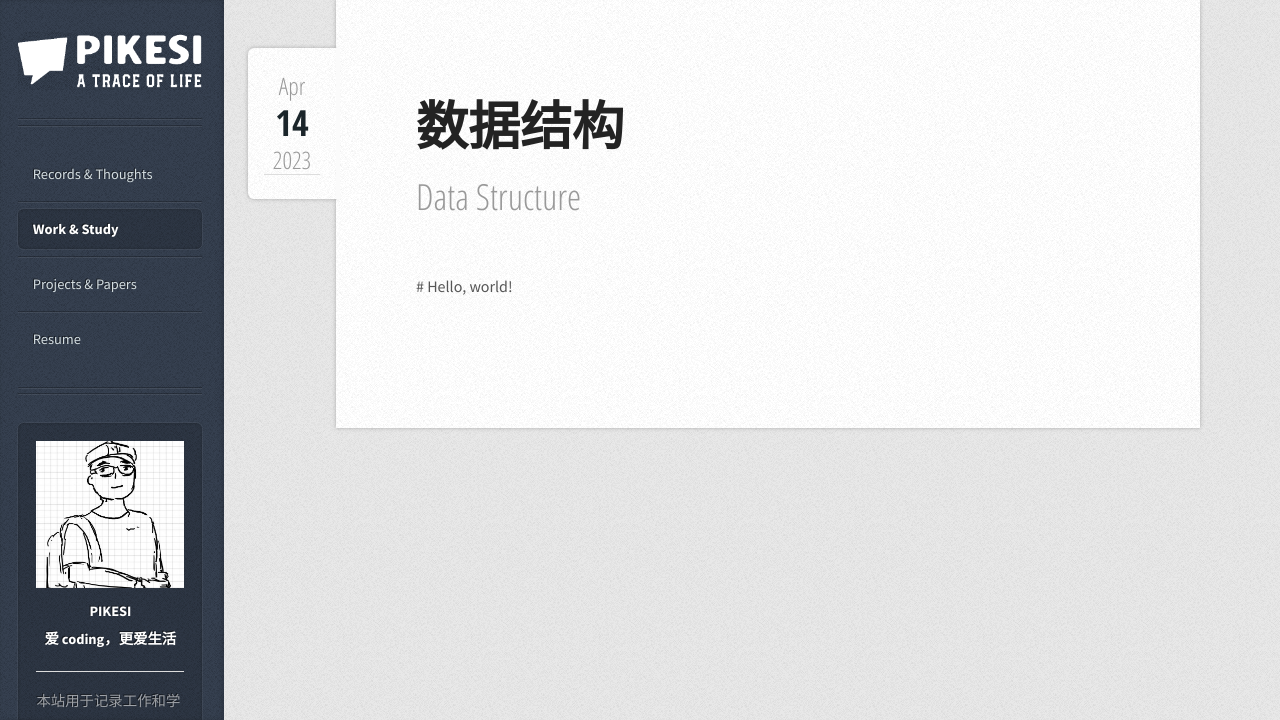
Repository: PiKesi522/PiKesi522.github.io
Page: Notes/DataStucture/main.html
These files come from the project's save history. The page is drawn as it stood at one moment and after the next save; the edit follows.
The browser window is 1280 px wide. The pictures show the whole page.

Above is the page before, as saved 2023-04-11 21:08:51.
Console error: ReferenceError: $ is not defined

### Notes/DataStucture/main.html
<!DOCTYPE HTML>
<!--
	Striped by HTML5 UP
	html5up.net | @ajlkn
	Free for personal and commercial use under the CCA 3.0 license (html5up.net/license)
-->
<html>

<head>
    <title>PiKesi's Home on the Internet</title>
    <meta charset="utf-8" />
    <meta name="viewport" content="width=device-width, initial-scale=1, user-scalable=no" />
    <link rel="stylesheet" href="../../assets/css/main.css" />
    <script src="https://cdn.jsdelivr.net/npm/marked/marked.min.js"></script>
</head>

<body class="is-preload">

    <!-- Content -->
    <div id="content">
        <div class="inner">

            <!-- 数据结构 -->
            <article class="box post post-excerpt">
                <header>
                    <h2>数据结构</h2>
                    <p>Data Structure</p>
                </header>
                <div class="info">
                    <span class="date">
                        <span class="month">Apr</span>
                        <span class="day">14</span>
                        <span class="year">2023</span>
                    </span>
                </div>
                <div id="markdown-content">
                    # Hello, world!
                </div>

                <script>
                    $.ajax({
                        url: "main.md",
                        success: function (markdownContent) {
                            var htmlContent = marked(markdownContent);
                            $("#markdown-content").html(htmlContent);
                        }
                    });
                </script>

            </article>

        </div>
    </div>


    <!-- Sidebar -->
    <div id="sidebar">


        <!-- Logo -->
        <h1 id="logo">
            <a href="../index.html">
                <img style="width: 100%;" src="../../assets/images/head1.png" alt="Logo">
                <!-- <div style="margin: 0.5em 0 0 0;">
					PiKesi
				</div> -->
            </a>
        </h1>


        <!-- Nav -->
        <nav id="nav">
            <ul>
                <li><a href="../../life.html">Records & Thoughts</a></li>
                <li class="current"><a href="../../note.html">Work & Study</a></li>
                <li><a href="../../projects.html">Projects & Papers</a></li>
                <li><a href="../../resume.html">Resume</a></li>
                <!-- <li><a href="#">Contact Me</a></li> -->
            </ul>
        </nav>

        <!-- Text -->
        <section class="box text-style1">
            <div class="inner">
                <img style="width: 100%; margin: 0;" src="../../assets/images/icon1.jpg" alt="Logo">
                <div style="text-align: center;">
                    <strong> PIKESI </strong>
                    <br />
                    <strong> 爱 coding，更爱生活</strong>
                </div>
                <p>
                    <hr>
                    本站用于记录工作和学习笔记，也用于记录生活和感悟，欢迎交流！
                    <br />
                    QQ : 860083450
                    <br />
                    WX : PiKesi22
                </p>
                <div style="display: flex; justify-content: space-between; align-items: center;">
                    <a style="float: left; flex: 1;"
                        href="https://github.com/PiKesi522/PiKesi522.github.io/issues">提供建议</a>
                    <!-- <span style="border-left: 10px black solid;" ></span> -->
                    <a style="float: right;" href="https://github.com/PiKesi522/PiKesi522.github.io/issues">反馈问题</a>
                </div>
            </div>
        </section>
    </div>

    <!-- Scripts -->
    <script src="../../assets/js/jquery.min.js"></script>
    <script src="../../assets/js/browser.min.js"></script>
    <script src="../../assets/js/breakpoints.min.js"></script>
    <script src="../../assets/js/util.js"></script>
    <script src="../../assets/js/main.js"></script>

</body>

</html>

Loaded but not shown: assets/css/fontawesome-all.min.css (library); assets/js/jquery.min.js (library); assets/js/browser.min.js (common file); assets/js/breakpoints.min.js (common file); assets/js/util.js (587 lines, source omitted); assets/css/main.css (3019 lines, source omitted); public/assets/js/main.js (no copy from this time; the picture is the same without it)

After the next save:
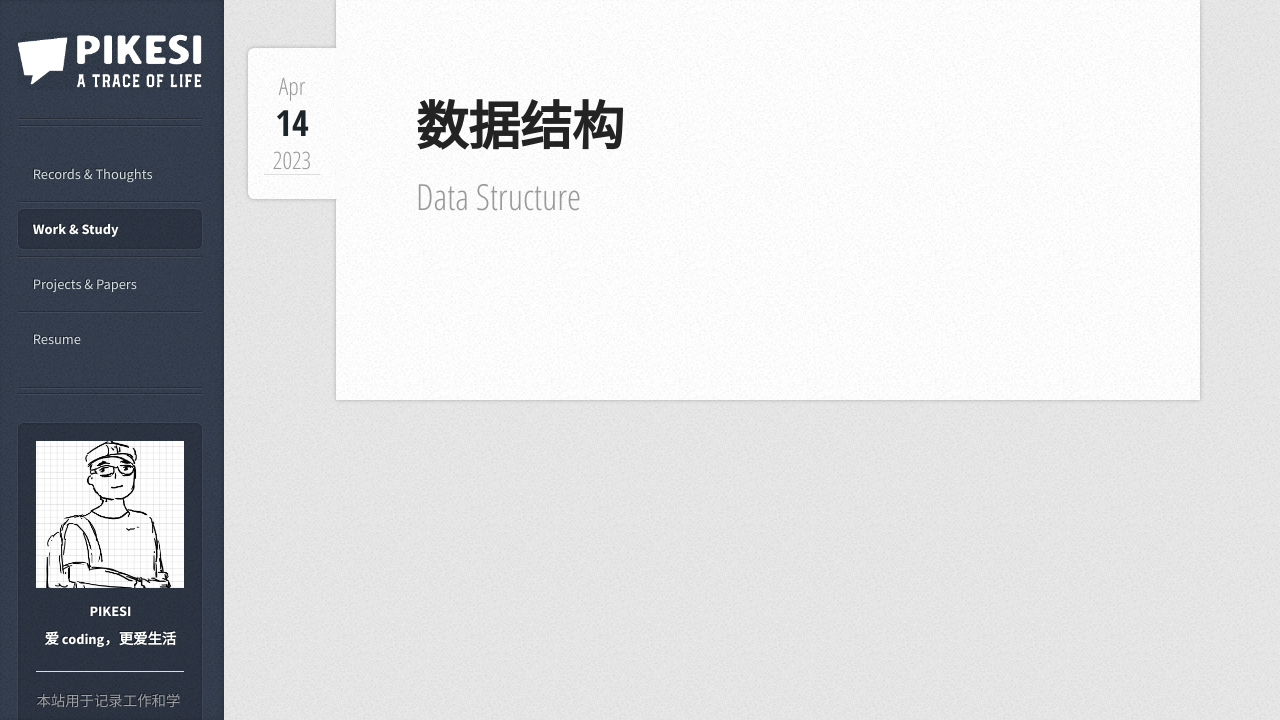
Saved 53 s later.
--- a/Notes/DataStucture/main.html
+++ b/Notes/DataStucture/main.html
@@ -33,9 +33,7 @@
                         <span class="year">2023</span>
                     </span>
                 </div>
-                <div id="markdown-content">
-                    # Hello, world!
-                </div>
+                <div id="markdown-content"></div>
 
                 <script>
                     $.ajax({
